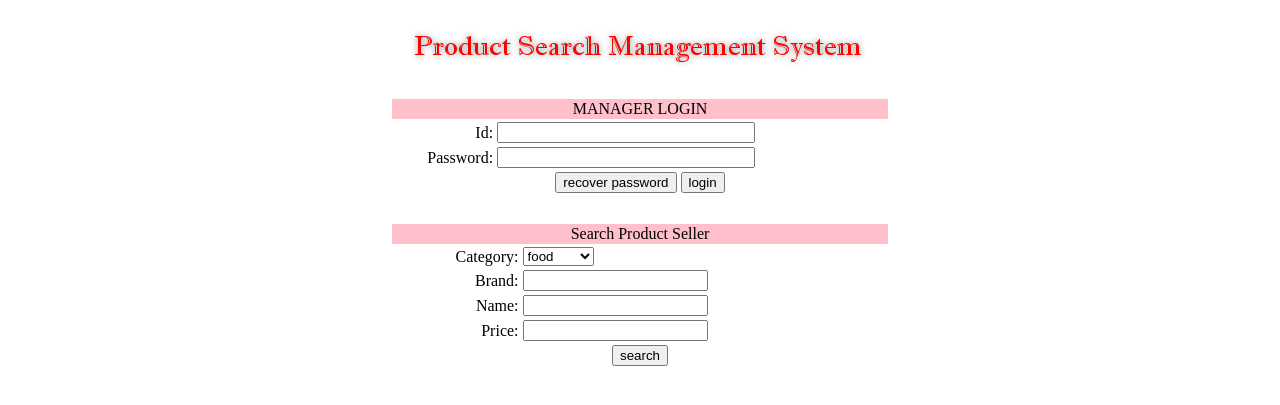
Repository: DishantVaghela/ProductSearchManagementSystem
Page: http://localhost/ProductSearchManagementSystem/
An editor plug-in stored every save of this project. The page is shown before and after the next save, followed by the edit.
The browser window is 1280 px wide. The pictures show the whole page.
The page is served by Tomcat 9. Other server files are loaded and not shown.

Above is the page before, as saved 2017-04-28 22:38:29.

### ProductSearchManagementSystem/WebContent/index.jsp
<%@ page language="java" contentType="text/html; charset=ISO-8859-1"
    pageEncoding="ISO-8859-1"%>
<!DOCTYPE html PUBLIC "-//W3C//DTD HTML 4.01 Transitional//EN" "http://www.w3.org/TR/html4/loose.dtd">
<html>
<head>
<meta http-equiv="Content-Type" content="text/html; charset=ISO-8859-1">
<title>Product Search Management System</title>
<link rel="stylesheet" type="text/css" href="productSearchManagementSystem.css">
</head>
<body>
	<table align="center">
		<tr>
			<td>
				<form action="ManagerLoginService" method="post">
					<table align="center" width="500">
						<tr>
							<td align="center" colspan="2"><img src="productSearchManagementSystemlLogo.png"></td>
						</tr>
						<tr>
							<td colspan="2"><br></td>
						</tr>
						<tr>
							<td colspan="2" align="center" bgcolor="pink">MANAGER LOGIN</td>
						</tr>
						<tr>
							<td align="right">Id:</td>
							<td><input name="textFieldId" style="width: 250px; "></td>
						</tr>
						<tr>
							<td align="right">Password:</td>
							<td><input type="password" name="textFieldPassword" style="width: 250px; "></td>
						</tr>

						<tr>
							<td colspan="2" align="center">
								<input type="submit" value="recover password" name="buttonRecoverPassword">
								<input type="submit" value="login" name="buttonLogin">
							</td>
						</tr>
					</table>
				</form>
			</td>
		</tr>
		<tr>
			<td>
				<form action="searchProductSeller.jsp">
					<table align="center" width="500">
						<tr>
							<td colspan="2"><br></td>
						</tr>
						<tr>
							<td colspan="2" align="center" bgcolor="pink">Search Product Seller</td>
						</tr>
						<tr>
							<td align="right">Category:</td>
							<td>
								<select name="selectCategory">
									<option>food</option>
									<option>clothes</option>
									<option>furniture</option>
								</select>
							</td>
						</tr>
						<tr>
							<td align="right">Brand:</td>
							<td><input name="textFieldBrand"></td>
						</tr>
						<tr>
							<td align="right">Name:</td>
							<td><input name="textFieldName"></td>
						</tr>
						<tr>
							<td align="right">Price:</td>
							<td><input name="textFieldPrice"></td>
						</tr>
						<tr>
							<td colspan="2" align="center">
								<input type="submit" value="search"  name="buttonSearch">
							</td>
						</tr>
					</table>
				</form>
			</td>
		</tr>
	</table>
</body>
</html>

### ProductSearchManagementSystem/WebContent/productSearchManagementSystem.css
@CHARSET "ISO-8859-1";

input[type=text] {
	width: 100%;
	color: rgb(174,87,65);
	outline:0;
}

After the next save:
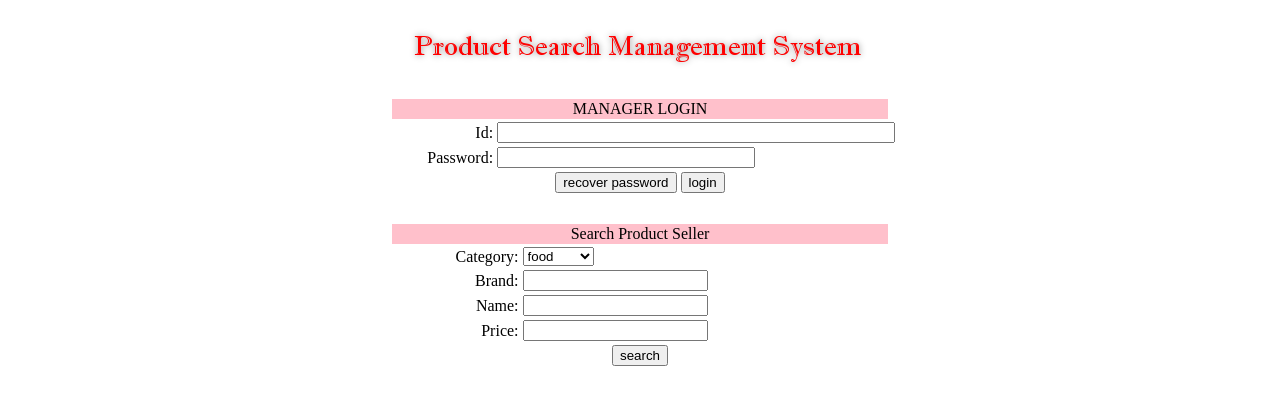
Saved 90 s later.
--- a/ProductSearchManagementSystem/WebContent/index.jsp
+++ b/ProductSearchManagementSystem/WebContent/index.jsp
@@ -24,7 +24,7 @@
 						</tr>
 						<tr>
 							<td align="right">Id:</td>
-							<td><input name="textFieldId" style="width: 250px; "></td>
+							<td><input type="text" name="textFieldId"></td>
 						</tr>
 						<tr>
 							<td align="right">Password:</td>
